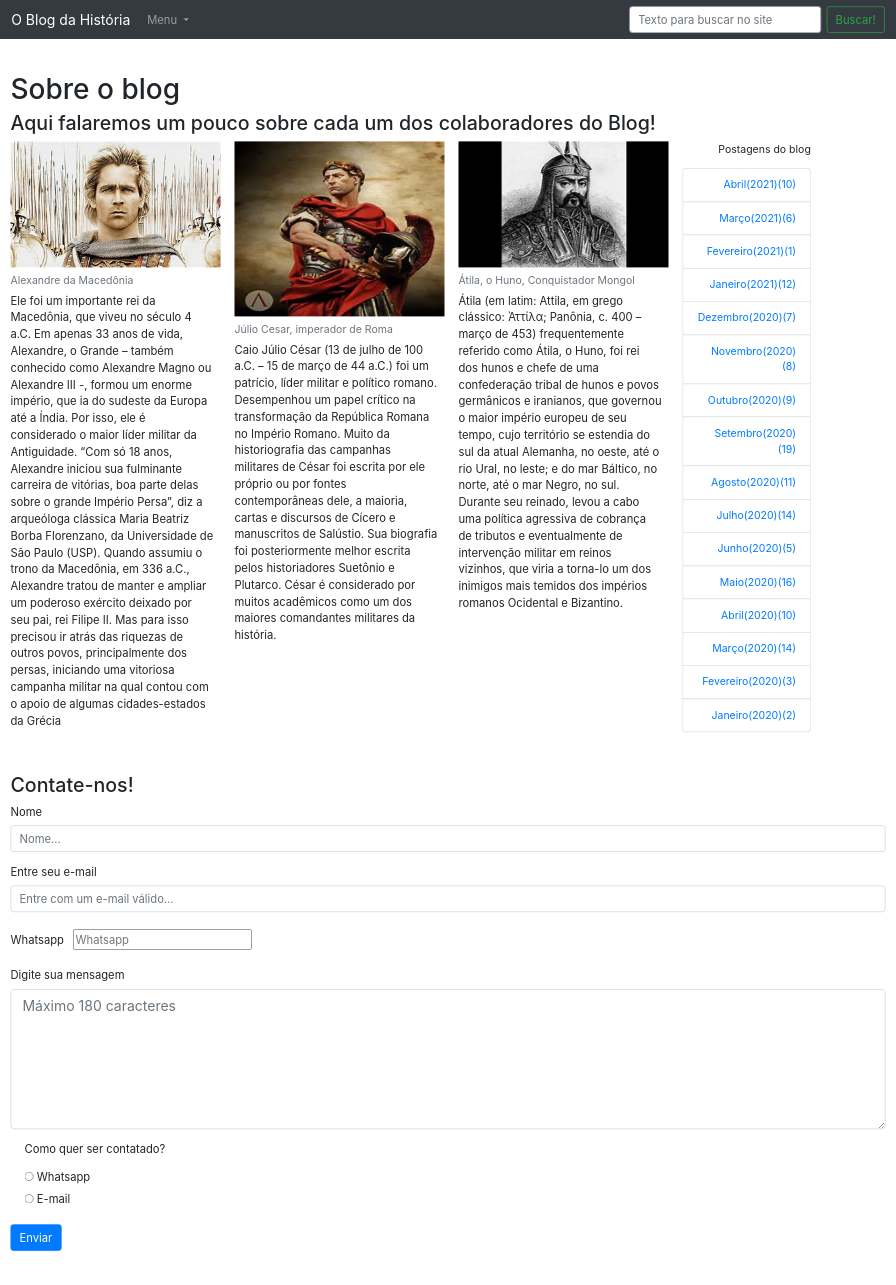
Repository: xhenrique/blog_layout_bootstrap
Page: source/sobre.html
The author's editor kept a copy of each file at every save. The page is drawn from the files as they stood at one save, then again after the next save.
The browser window is 1280 px wide. The pictures show the whole page, at 70% of full size.

Above is the page before, as saved 2021-04-25 03:23:01.

After the next save:
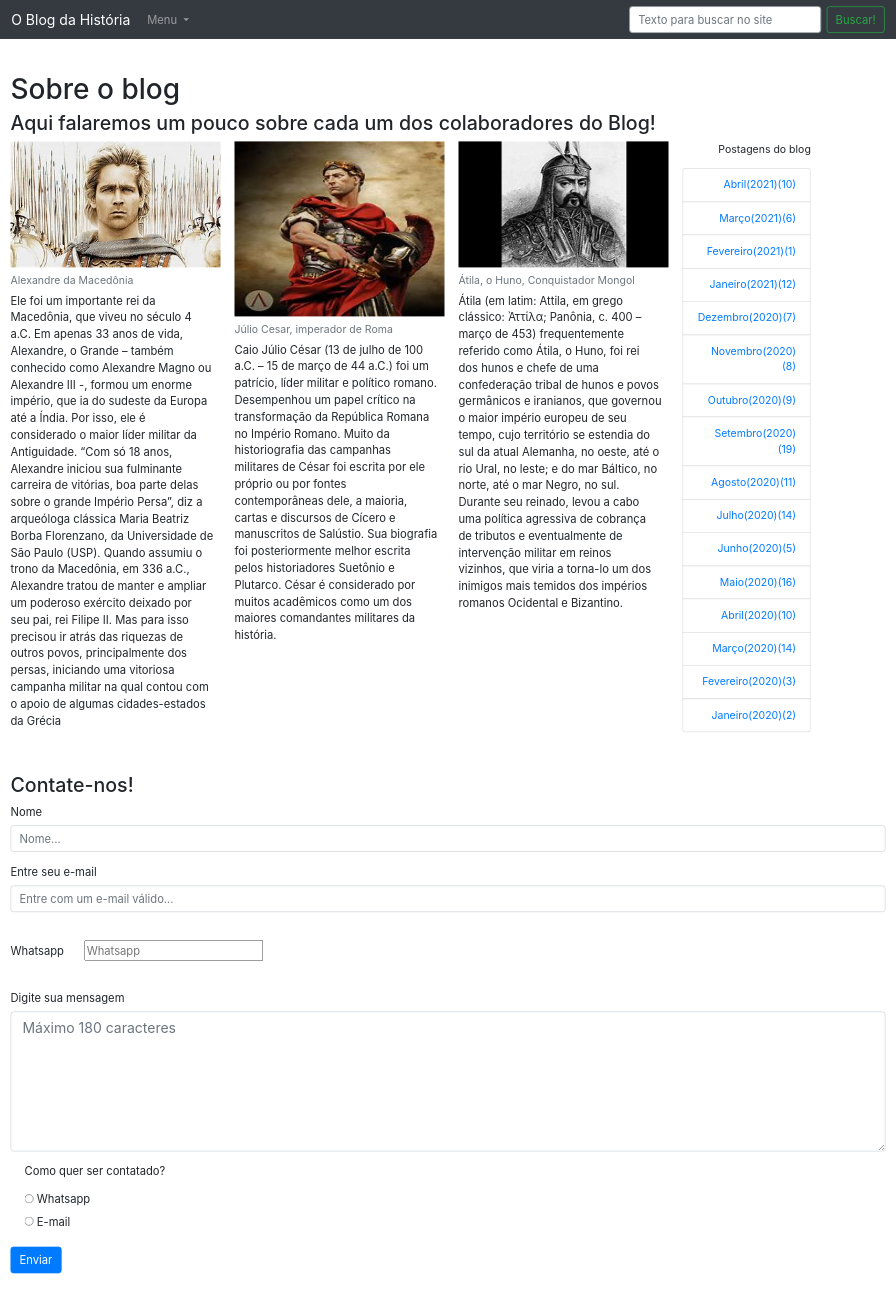
Saved 17 s later.
--- a/source/sobre.html
+++ b/source/sobre.html
@@ -115,7 +115,7 @@
             </div>
               <div class="mb-3">
                 <label for="wppInput" class="form-label">Whatsapp</label>
-                <input class="m-2" type="text" placeholder="Whatsapp" class="form-control" id="wppInput">
+                <input class="m-4" type="text" placeholder="Whatsapp" class="form-control" id="wppInput">
               </div>
               <div class="mb-3">
                 <label for="msgInput" class="form-label">Digite sua mensagem</label>
